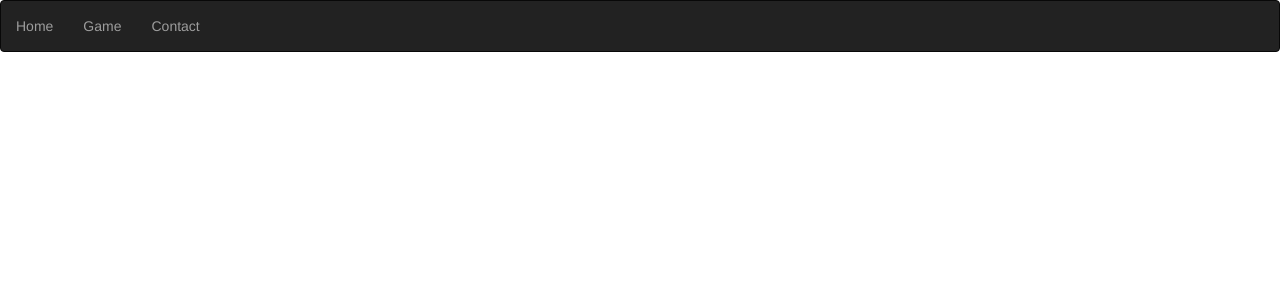
Repository: hyunhee7/web_work
Page: http://localhost/Step10_Include/test7/home.jsp
An editor plug-in stored every save of this project. The page is shown before and after the next save, followed by the edit.
The browser window is 1280 px wide. The pictures show the whole page.
The page is served by Tomcat 9.

Above is the page before, as saved 2017-06-29 07:18:03.

### Step10_Include/WebContent/test7/home.jsp
<%@ page language="java" contentType="text/html; charset=UTF-8"
    pageEncoding="UTF-8"%>
<%@include file="myResource.jsp" %>
<!DOCTYPE html PUBLIC "-//W3C//DTD HTML 4.01 Transitional//EN" "http://www.w3.org/TR/html4/loose.dtd">
<html>
<head>
<meta http-equiv="Content-Type" content="text/html; charset=UTF-8">
<title>home.jsp</title>
</head>
<body>
<%@ include file="navbar.jsp" %>
</body>
</html>

### Step10_Include/WebContent/test7/myResource.jsp
<%@ page language="java" contentType="text/html; charset=UTF-8"
    pageEncoding="UTF-8"%>
<%
	String cPath=request.getContextPath();
%>
<link rel="stylesheet" href="<%=cPath %>/resource/css/bootstrap.css" />
<script src="<%=cPath%>/resource/js/jquery-3.2.0.js"></script>
<script src="<%=cPath%>/resource/js/bootstrap.js"></script>

### Step10_Include/WebContent/test7/navbar.jsp
<%@ page language="java" contentType="text/html; charset=UTF-8"
    pageEncoding="UTF-8"%>

<div class="navbar navbar-inverse">
	<div class="navbar-header">
		<ul class="nav navbar-nav">
			<li><a href="home.jsp">Home</a></li>
			<li><a href="game.jsp">Game</a></li>
			<li><a href="contact.jsp">Contact</a></li>
		</ul>
	</div>
</div>

Loaded but not shown: Step10_Include/WebContent/resource/css/bootstrap.css (library); Step10_Include/WebContent/resource/js/jquery-3.2.0.js (library); Step10_Include/WebContent/resource/js/bootstrap.js (library)

After the next save:
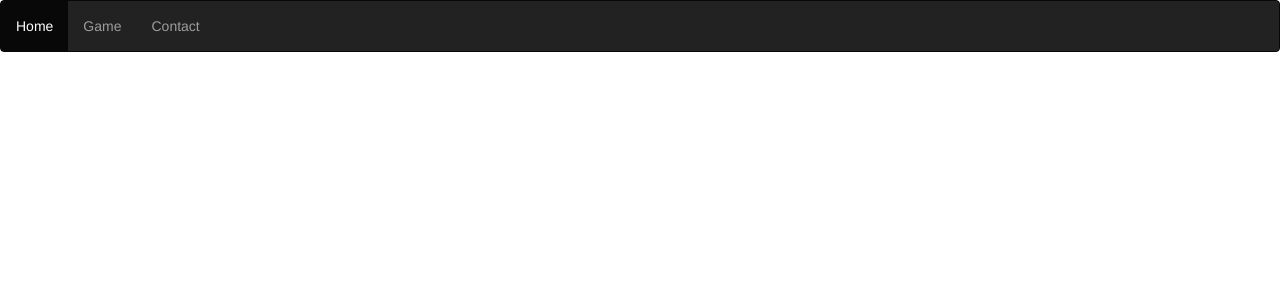
Saved 34 s later.
--- a/Step10_Include/WebContent/test7/navbar.jsp
+++ b/Step10_Include/WebContent/test7/navbar.jsp
@@ -4,7 +4,7 @@
 <div class="navbar navbar-inverse">
 	<div class="navbar-header">
 		<ul class="nav navbar-nav">
-			<li><a href="home.jsp">Home</a></li>
+			<li class="active"><a href="home.jsp">Home</a></li>
 			<li><a href="game.jsp">Game</a></li>
 			<li><a href="contact.jsp">Contact</a></li>
 		</ul>

After the save that followed:
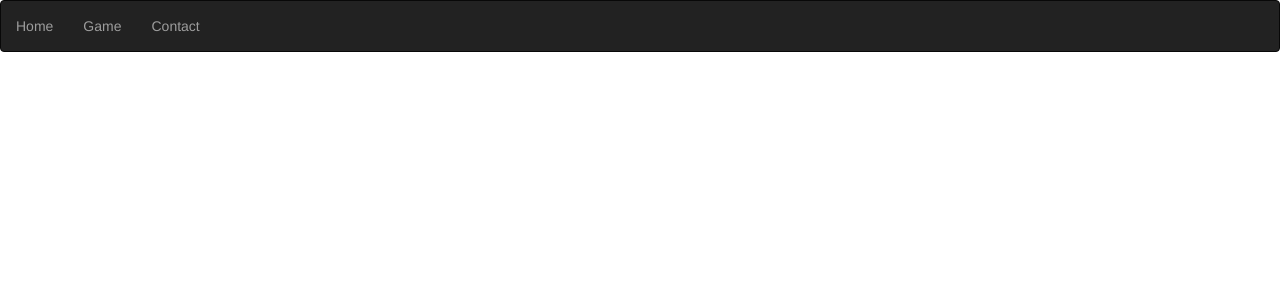
Saved 54 s later.
--- a/Step10_Include/WebContent/test7/navbar.jsp
+++ b/Step10_Include/WebContent/test7/navbar.jsp
@@ -4,7 +4,7 @@
 <div class="navbar navbar-inverse">
 	<div class="navbar-header">
 		<ul class="nav navbar-nav">
-			<li class="active"><a href="home.jsp">Home</a></li>
+			<li><a href="home.jsp">Home</a></li>
 			<li><a href="game.jsp">Game</a></li>
 			<li><a href="contact.jsp">Contact</a></li>
 		</ul>
